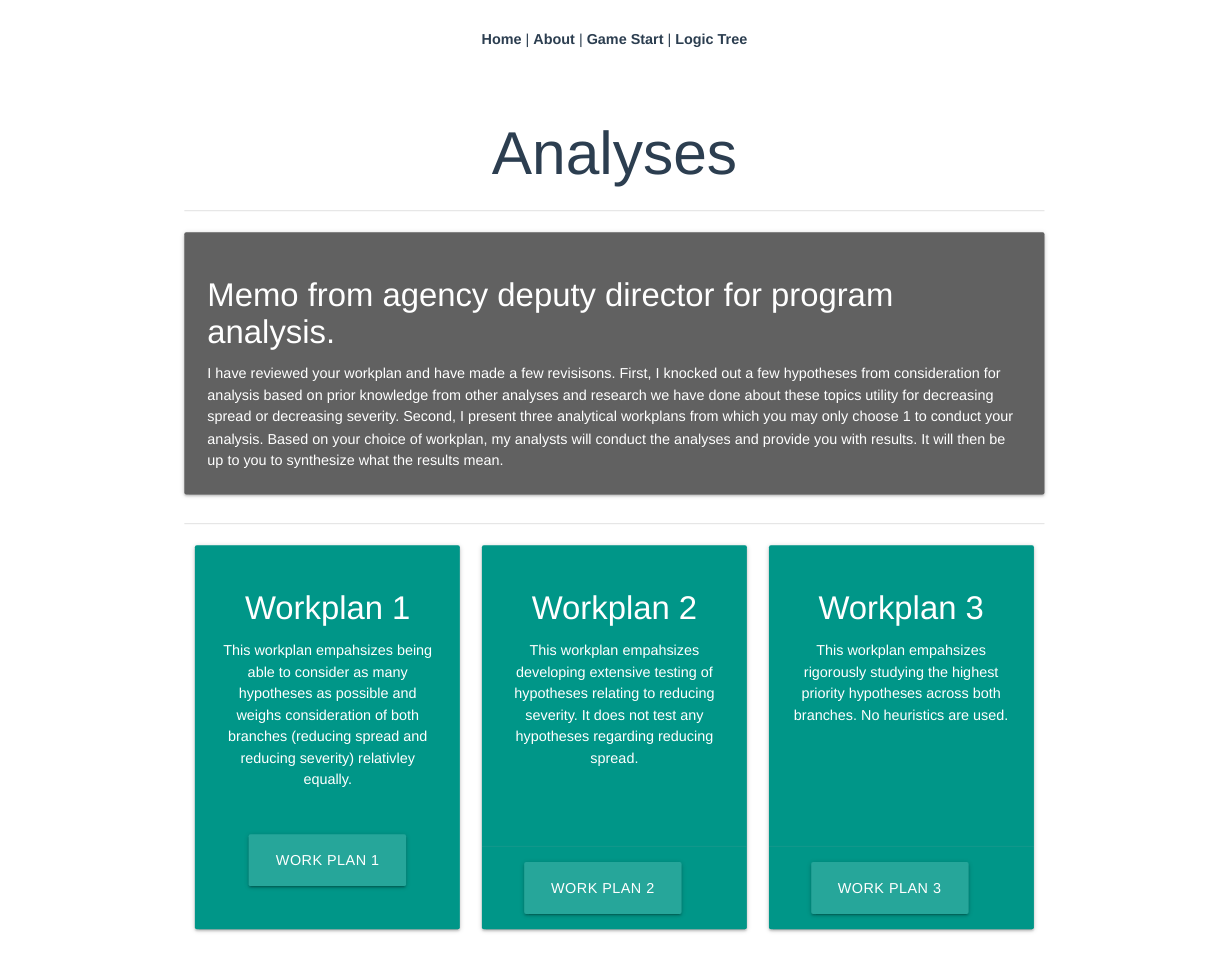
Repository: gallard28/posc4210app
Page: /#/analyses
The author's editor kept a copy of each file at every save. The page is drawn from the files as they stood at one save, then again after the next save.
The browser window is 1280 px wide. The pictures show the whole page, at 96% of full size.
The project was rebuilt for these pictures with package versions that can differ from the ones it lists, and the page was loaded fresh each time. Also part of the build but not shown: src/views/Home.vue, src/views/Start.vue, src/views/Scenario.vue, src/views/Prioritize.vue, src/views/Choose_tools.vue.

Above is the page before, as saved 2020-09-21 00:24:26.

After the next save:
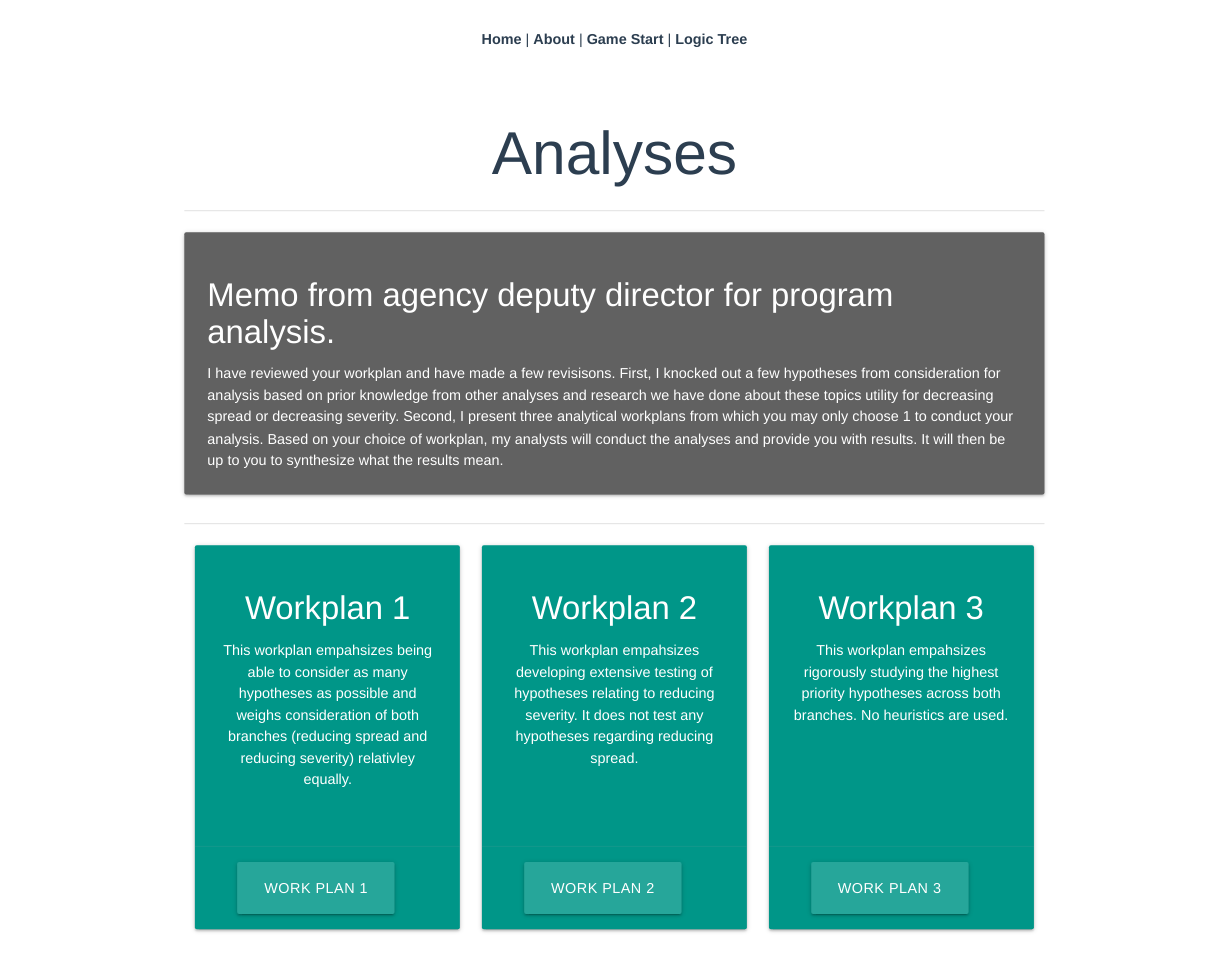
Saved 25 s later.
--- a/src/views/Analyses.vue
+++ b/src/views/Analyses.vue
@@ -20,11 +20,13 @@
           <div class="card-content">
             <h4 class="white-text">Workplan 1</h4>
             <p class="white-text">This workplan empahsizes being able to consider as many hypotheses as possible and weighs consideration of both branches (reducing spread and reducing severity) relativley equally.</p> <br><br>
-            <router-link to="/workplan1">
-              <a class="waves-effect waves-light btn-large">
-                  Work plan 1
-              </a>
-            </router-link>
+            <div class="card-action">
+              <router-link to="/workplan1">
+                <a class="waves-effect waves-light btn-large">
+                    Work plan 1
+                </a>
+              </router-link>
+            </div>
           </div>
         </div>
       </div>
